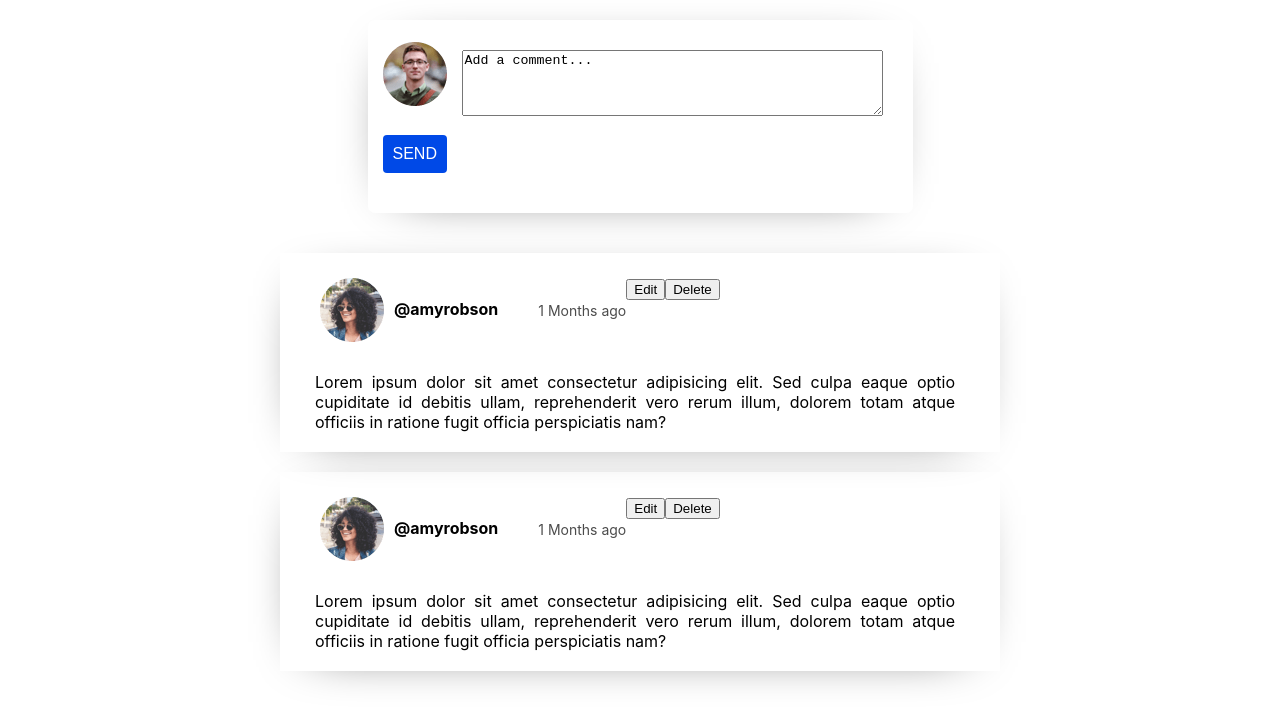
Repository: badhon252/interactive-comments-section
Page: /
These files come from the project's save history. The page is drawn as it stood at one moment and after the next save; the edit follows.
The browser window is 1280 px wide. The pictures show the whole page.
The project was rebuilt for these pictures with package versions that can differ from the ones it lists, and the page was loaded fresh each time.

Above is the page before, as saved 2022-01-27 23:03:21.

### public/index.html
<!DOCTYPE html>
<html lang="en">

<head>
  <meta charset="utf-8" />
  <link rel="icon" href="%PUBLIC_URL%/favicon.ico" />
  <meta name="viewport" content="width=device-width, initial-scale=1" />
  <meta name="theme-color" content="#000000" />
  <meta name="description" content="Web site created using create-react-app" />
  <link rel="apple-touch-icon" href="%PUBLIC_URL%/logo192.png" />

  <link rel="manifest" href="%PUBLIC_URL%/manifest.json" />

  <title>interactive-comments-section</title>
</head>

<body>
  <noscript>You need to enable JavaScript to run this app.</noscript>
  <div id="root"></div>

</body>

</html>

### src/App.js
import WriteComments from "./components/WriteComments";
// import WriteComments from "./components/WriteComments";

function App() {
  return (
    <div className="App">
      <WriteComments />
    </div>
  );
}

export default App;

### src/components/WriteComments.js
import React from "react";
import "../App.css";
import Avatar from "../images/avatars/image-juliusomo.png";
import Comments from "./Comments";
export default function WriteComments() {
  return (
    <div className="main-div">
      <div className="comment-input ">
        <form action="" className="comment-section shadow">
          <img src={Avatar} alt="images" className="my-img" />
          <textarea name="" id="" rows="4" cols="50">
            Add a comment...
          </textarea>
          <button className="submit-btn">SEND</button>
        </form>{" "}
      </div>
      <Comments />
      <Comments />
    </div>
  );
}

### src/App.css
.main-div {
  /* width: 40rem; */
  /* margin: auto; */
}
.comment-input {
  display: flex;
  justify-content: center;
}
.comment-section {
  padding: 15px;
  margin: 20px;
  border-radius: 7px;
}

.submit-btn {
  background-color: rgb(0, 73, 231);
  color: white;
  border: none;
  border-radius: 4px;
  font-size: 1rem;
  padding: 10px;
  margin-bottom: 25px;
  /* align-items: flex-start; */
}

.my-img {
  max-width: 80%;
  margin-bottom: 25px;
}
textarea {
  margin: 15px;
}

.shadow {
  box-shadow: -3px 7px 54px -36px rgba(0, 0, 0, 1);
  -webkit-box-shadow: -3px 7px 54px -36px rgba(0, 0, 0, 1);
  -moz-box-shadow: -3px 7px 54px -36px rgba(0, 0, 0, 1);
}

/* single comment section ==== */
.comments {
  margin: 20px auto;
  width: 45rem;
  text-align: justify;
}
.profile-info {
  display: flex;
  /* justify-content: left; */
  padding: 25px 0 10px 40px;
}
.random-img {
  max-width: 80%;
}
.name {
  padding: 0 10px;
}
.single-comment {
  width: 40rem;
  padding: 0 15px 20px 15px;
  margin: 20px;
}

.time {
  font-size: 14px;
  opacity: 70%;
  padding-top: 24px;
  padding-left: 30px;
}
.submit-btn {
  display: flex;
  justify-content: right;
}

### src/components/Comments.js
import React from "react";
import avartar from "../images/avatars/image-amyrobson.png";
// import { FaTrash } from "react-icons/fa";

const Comments = () => {
  return (
    <div className="comments shadow">
      <div className="profile-info">
        <img src={avartar} alt="" className="random-img" />
        <h4 className="name">@amyrobson</h4>
        <span className="time"> 1 Months ago</span>
        <div className="btn">
          <button>Edit</button>
          <button>Delete</button>
        </div>
      </div>

      <p className="single-comment">
        Lorem ipsum dolor sit amet consectetur adipisicing elit. Sed culpa eaque
        optio cupiditate id debitis ullam, reprehenderit vero rerum illum,
        dolorem totam atque officiis in ratione fugit officia perspiciatis nam?
      </p>
    </div>
  );
};

export default Comments;

Loaded but not shown: src/index.js (common file); src/index.css (common file); src/reportWebVitals.js (common file)

After the next save:
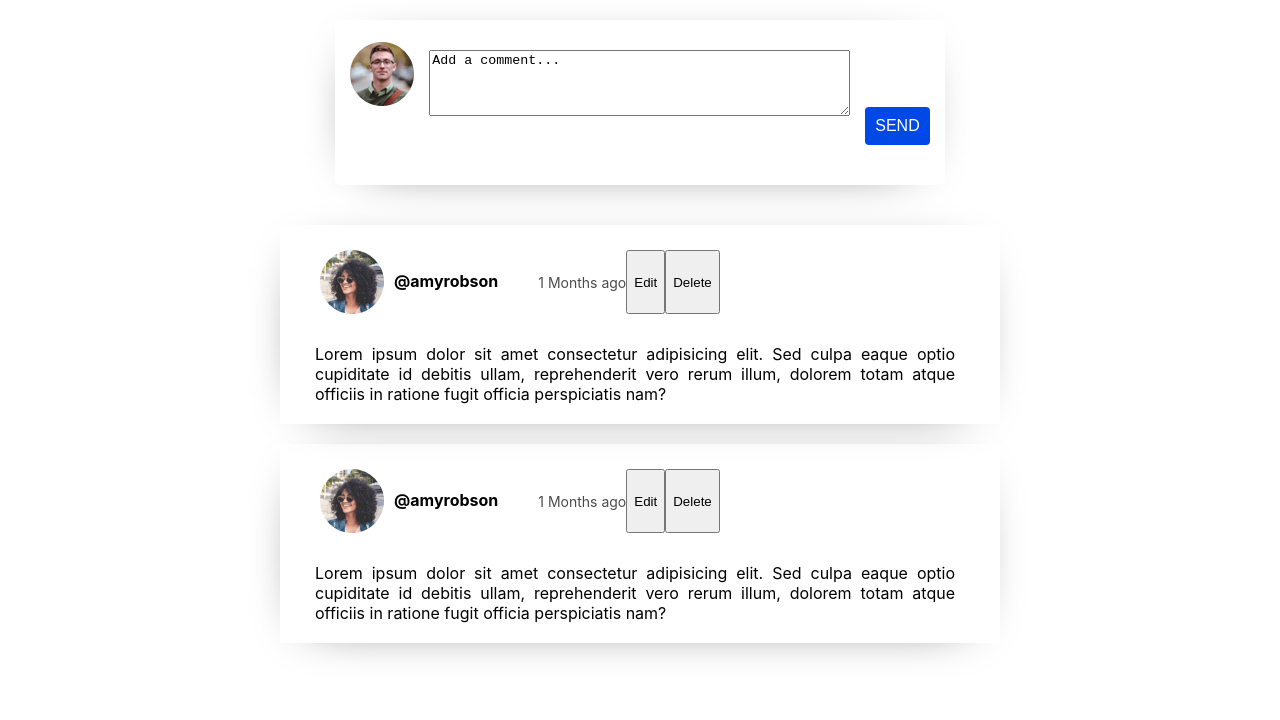
Saved 10 s later.
--- a/src/App.css
+++ b/src/App.css
@@ -66,7 +66,7 @@ textarea {
   padding-top: 24px;
   padding-left: 30px;
 }
-.submit-btn {
+.btn {
   display: flex;
   justify-content: right;
 }
